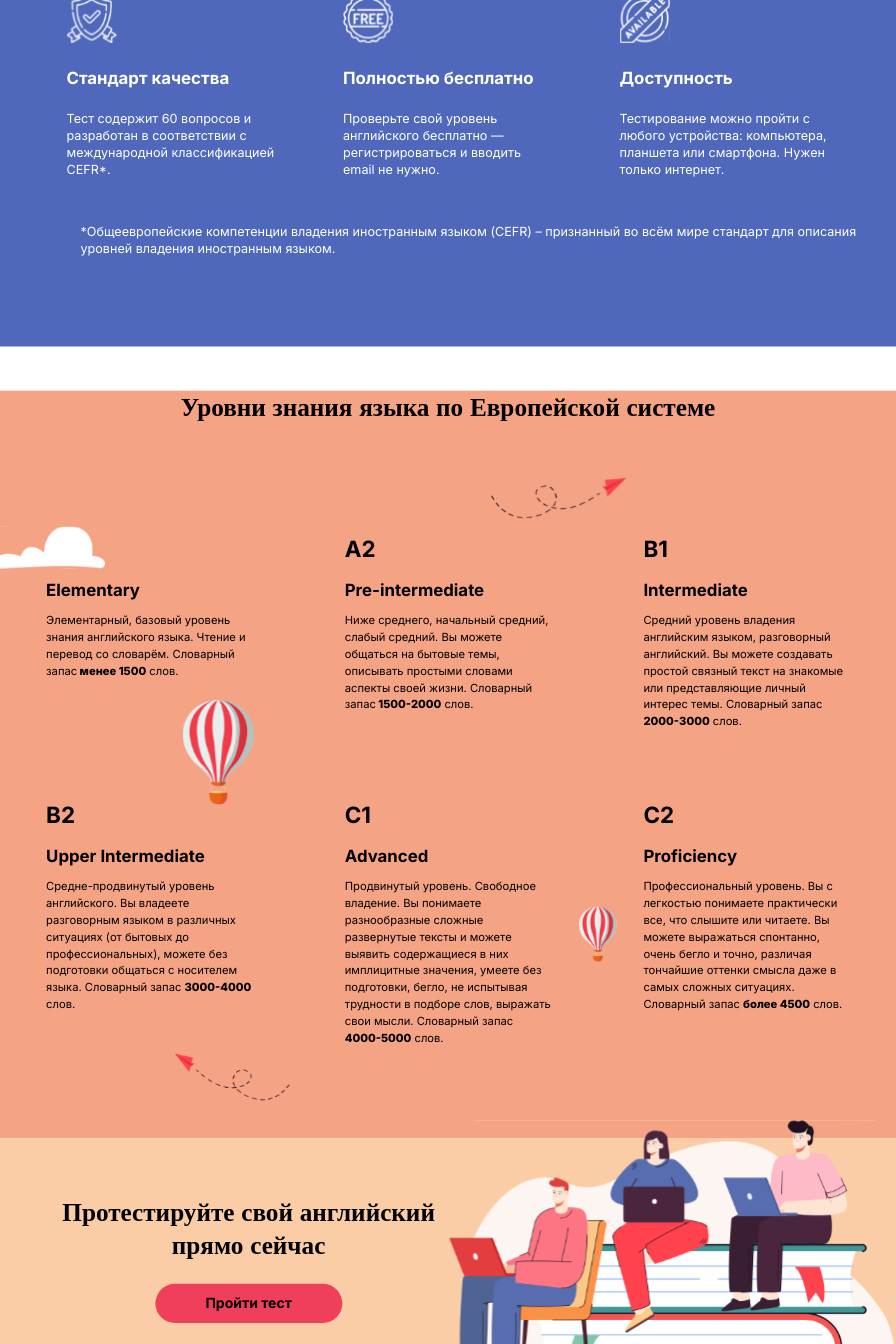
Repository: WladimirVA/PP-01-01_Dandelions
Page: Index.html
These files come from the project's save history. The page is drawn as it stood at one moment and after the next save; the edit follows.
The browser window is 1280 px wide. The pictures show the part of the page from y = 1700 to 3620 px (the page is 3910 px tall), at 70% of full size.

Above is the page before, as saved 2023-01-25 11:58:33.

After the next save:
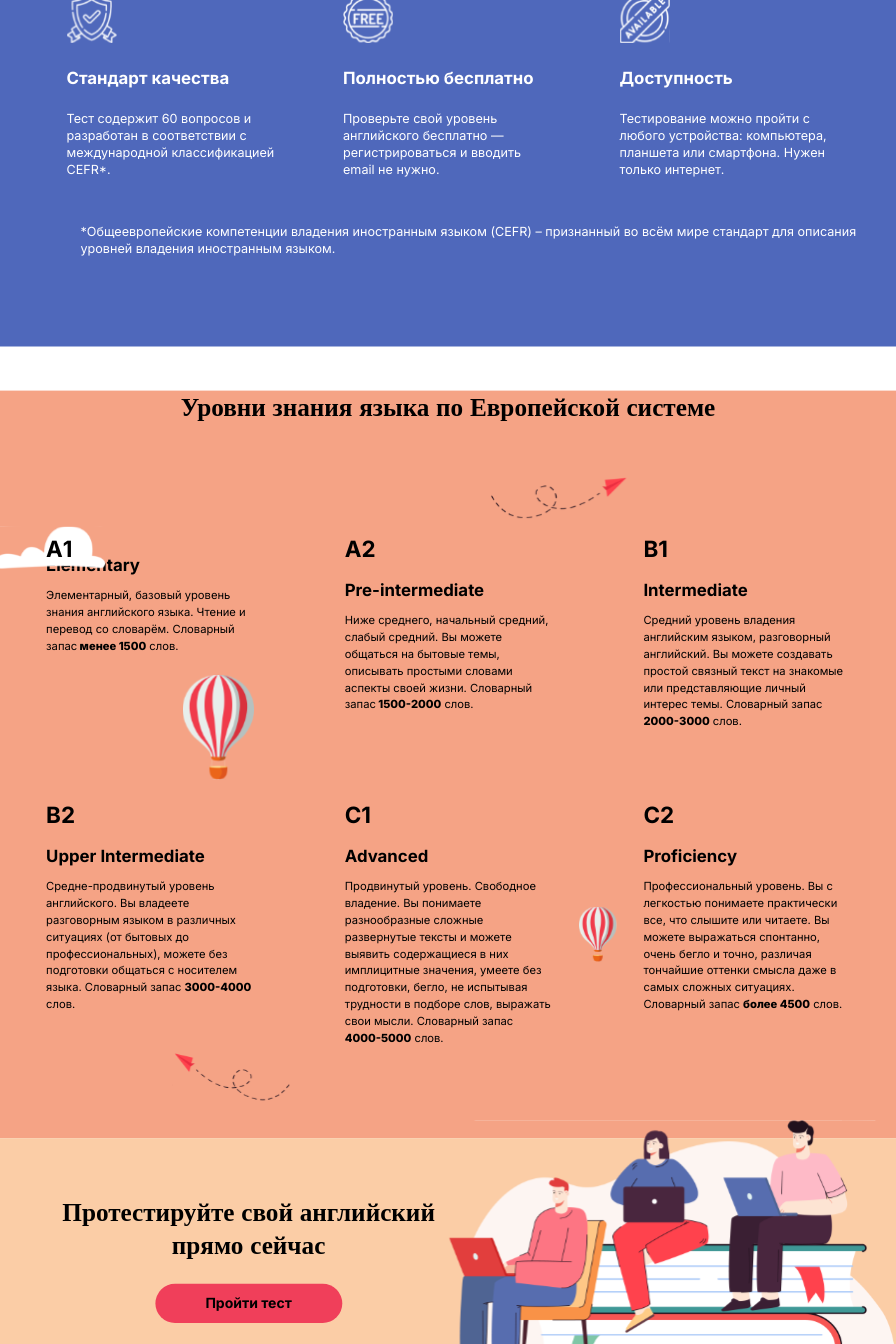
Saved 9 min 13 s later.
--- a/static/css/style.css
+++ b/static/css/style.css
@@ -252,6 +252,14 @@ body {
     background-color:  #f5a385;
 }
 
+.container-box {
+    position: relative;
+}
+
+.box-1 h3 {
+    position: absolute;
+}
+
 .cloud {
     margin: -14px 0 0 -74px;
     position: absolute;
